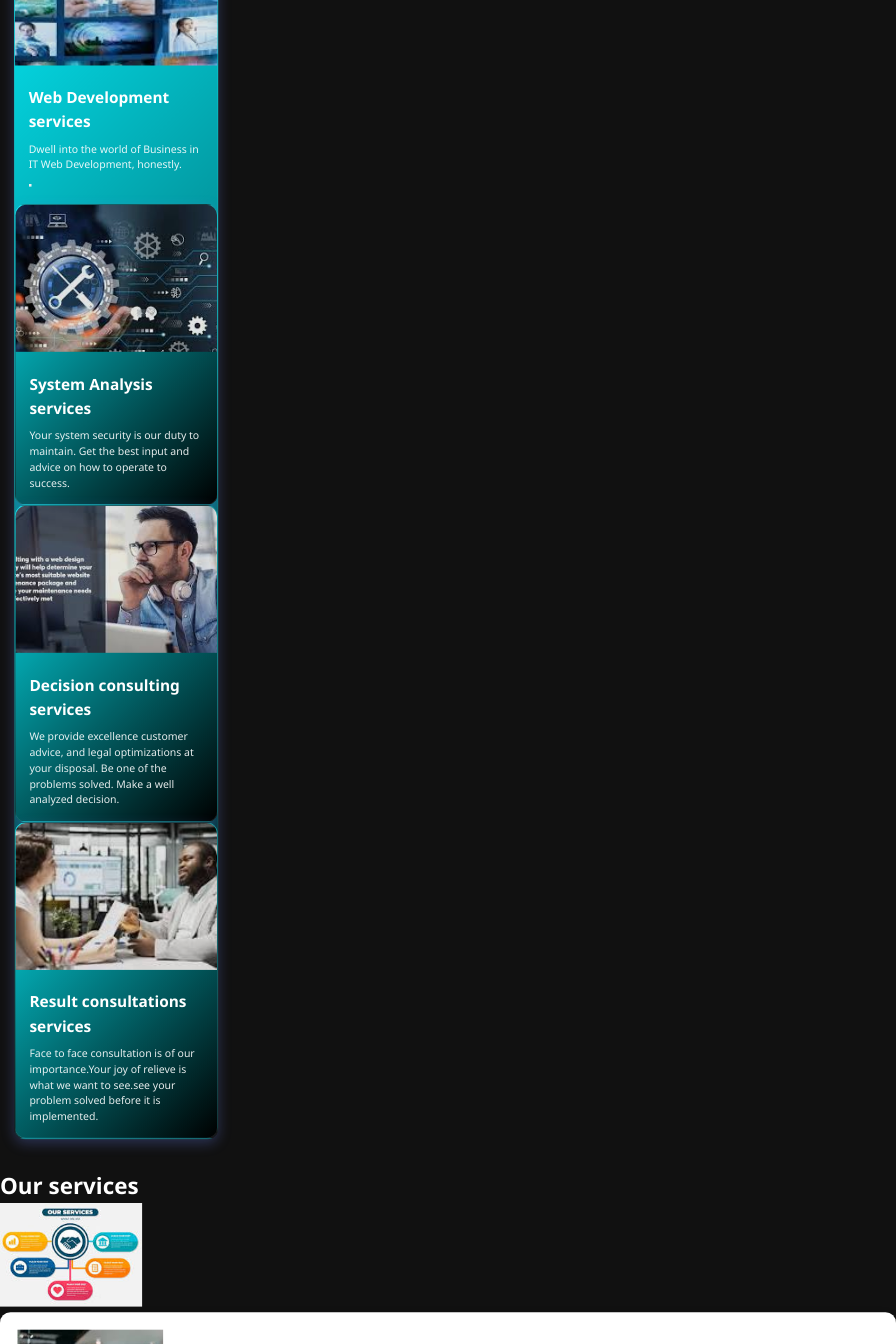
Repository: za569/WEDE5020-HTML-CSS-JavaScript-Zanda-Rubuxa-PART-3
Page: services.html
These files come from the project's save history. The page is drawn as it stood at one moment and after a run of saves; the edit follows.
The browser window is 1280 px wide. The pictures show the part of the page from y = 812 to 2732 px (the page is 4404 px tall before and 4411 px after), at 70% of full size.

Above is the page before, as saved 2026-06-03 12:40:22.
Console error: TypeError: document.getElementsById is not a function

### services.html
<!DOCTYPE html>
<html lang="en">
<head>
    <meta charset="UTF-8">
    <meta name="viewport" content="width=device-width, initial-scale=1.0">
    <title>Dreamworlds holdings|about</title>
    <img src="images/logo.jpg" width="100px" length="500px" alt="logo">
    <link rel="stylesheet" href="style.css">
</head>
<body>

    <header>

    <section class="services-page">
        <h2>Our Services</h2>
        <div class="services-grid">

        <div class="service-card">
            <img src="images/services.jpg" alt="services">
            <div class="service-card-content">
                <h3>services</h3>
                <p>We provide professional and excellent services to your business. your problem is our professional problem and it is ours to solve.Reboot your system to better now.</p>
            </div>
        </div>

        <div class="service-card">
            <img src="images/service 1 img.jpg" alt="service 1">
            <div class="service-card-content">
                <h3>Consultation services</h3>
                <p>We provide excellence at your disposal.Be one of the problems solved.</p>
                <button class="btn price-btn" data-price="R1050">View price</button>
            </div>
        </div>

        <div class="service-card">
            <img src="images/service 2 img.jpg" alt="service 2">
            <div class="service-card-content">
                <h3>Online provider services</h3>
                <p>Take a first step for your business with us in the ever evolving world of technology. Your guide to the web.</p>
                <button class="btn price-btn" data-price="R2500">View price</button>
            </div>
        </div>

        <div class="service-card">
            <img src="images/service 3 img.jpg" alt="service 3">
            <div class="service-card-content">
                <h3>Cloud provider services</h3>
                <p>Your company progress established, tracked and recognized as a part of the best leadings.</p>
                <button class="btn price-btn" data-price="R3500">View Price</button>
            </div>
        </div>

        <div class="service-card">
            <img src="images/service 4.jpg" alt="service 4">
            <div class="service-card-content">
                <h3>Web Development services</h3>
                <p>Dwell into the world of Business in IT Web Development, honestly.</p>
                <button c
            </div>
        </div>

        <div class="service-card">
            <img src="images/service 5.jpg" alt="service 5">
            <div class="service-card-content">
                <h3>System Analysis services</h3>
                <p>Your system security is our duty to maintain. Get the best input and advice on how to operate to success.</p>
            </div>
        </div>

    <div class="service-card">
            <img src="images/service 5(2).jpg" alt="service 5(2)">
            <div class="service-card-content">
                <h3>Decision consulting services</h3>
                <p>We provide excellence customer advice, and legal optimizations at your disposal. Be one of the problems solved. Make a well analyzed decision.</p>
            </div>
    </div>

        <div class="service-card">
            <img src="images/service experience.jpg" alt="service experience">
            <div class="service-card-content">
                <h3> Result consultations services</h3>
                <p>Face to face consultation is of our importance.Your joy of relieve is what we want to see.see your problem solved before it is implemented.</p>
            </div>
        </div>
    </div>
</section>

    <main class="container">
        <h1>Our services</h1>
        <img src="images/services.jpg" alt="services">

        <div class="grid-3">
            <div class="card">
                <img src="images/service 1 img.jpg" alt="service 1">
                <h3>Web Design</h3>
                <img src="images/service 3 img.jpg" alt="service 3">
                <p>Custom HTML/CSS layouts tailored to your brand.</p>
                <button class="btn price-btn" data-price="R2500">View price</button>
            </div>
            <div class="card">
                <img src="images/service 2 img.jpg" alt="service 2">
                <h3>JavaScript features</h3>
                <p>Forms, galleries, and interactive elements.</p>
                <img src="images/service 4.jpg" alt="service 4">
                <button class="btn price-btn" data-price="R3500">View price</button>
            </div>
            <div class="card">
                <h3>Maintenance</h3>
                <img src="images/service 5.jpg" alt="service 5">
                <p>Monthly updates and bug fixes.</p>
                <img src="images/service 5(2).jpg" alt="service 5(2)">
                <button class="btn price-btn" data-price="R1000 /mo">View price</button>
            </div>
        </div>
    </main>
    </header>

    <footer>&copy; 2026 Dreamworlds holdings.</footer>

    <script src="js/script.js"></script>


</body>
</html>

### style.css
* {
    margin: 0;
    padding: 0;
    box-sizing: border-box;
    font-family: 'Segoe UI', Tahoma, Geneva, Verdana, sans-serif;
}

body {
    background: #f8f9fa;
    color: #333;
    line-height: 1.6;
}

header {
    background: #111;
    color: #fff;
    position: sticky;
    top: 0;
    z-index: 1000;
}

* ==========================================================================
BALANCED 3-COLUMN LAYOUT WITH PROPORTIONAL INTEGRATED MAP
========================================================================== */

.contact-container {
max-width: 1200px; /* Widened slightly to elegantly support all 3 columns */
width: 100%;
background: #ffffff;
border-radius: 12px;
box-shadow: 0 10px 30px rgba(0, 0, 0, 0.08);
overflow: hidden;
margin: 40px auto;
}

.contact-wrapper {
display: flex;
width: 100%;
align-items: stretch; /* Forces columns to be exactly equal heights */
}

/* COLUMN 1: SIDE DETAILS PANEL */
.side-details {
flex: 0.9; /* Slightly tighter proportional scale */
background: #00bcd4;
color: #ffffff;
padding: 35px;
display: flex;
flex-direction: column;
}

.side-details h2 {
font-size: 1.8rem;
font-weight: 700;
margin-bottom: 12px;
color: #ffffff;
}

.side-desc {
font-size: 0.85rem;
line-height: 1.5;
opacity: 0.9;
margin-bottom: 30px;
}

.info-links {
display: flex;
flex-direction: column;
gap: 25px;
}

.info-item {
display: flex;
align-items: flex-start;
gap: 15px;
}

.info-icon {
background: rgba(255, 255, 255, 0.2);
width: 44px;
height: 44px;
border-radius: 50%;
display: flex;
align-items: center;
justify-content: center;
font-size: 1.1rem;
flex-shrink: 0;
}

.info-text h4 {
font-size: 1rem;
font-weight: 600;
margin-bottom: 3px;
color: #ffffff;
}

.info-text p {
font-size: 0.85rem;
opacity: 0.85;
line-height: 1.4;
}

/* COLUMN 2: FORM BOX CONTAINER */
.form-container {
flex: 1.2;
padding: 35px;
background: #ffffff;
position: relative;
}

.form-container h2 {
font-size: 1.8rem;
color: #333333;
margin-bottom: 25px;
font-weight: 600;
}

.input-group {
margin-bottom: 15px;
}

.input-group label {
display: block;
font-size: 0.85rem;
font-weight: 500;
color: #666666;
margin-bottom: 6px;
text-align: left;
}

.input-group input,
.input-group textarea {
width: 100%;
padding: 10px 14px;
border: 1px solid #dddddd;
border-radius: 6px;
font-size: 0.9rem;
outline: none;
transition: border-color 0.3s ease;
background: #fafafa;
color: #333333;
}

.input-group input:focus,
.input-group textarea:focus {
border-color: #00bcd4;
background: #ffffff;
}

.input-group textarea {
resize: none;
}

.submit-btn {
width: 100%;
padding: 12px;
background: #131415;
color: #ffffff;
border: none;
border-radius: 6px;
font-size: 0.95rem;
font-weight: 600;
cursor: pointer;
transition: background 0.3s ease, transform 0.1s ease;
margin-top: 5px;
}

.submit-btn:hover {
background: #0097a7;
}

/* RESPONSIVE MEDIA BREAKPOINTS */
@media (max-width: 991px) {
.contact-wrapper {
flex-direction: column;
}

.side-details, .form-container, .map-container-panel {
width: 100%;
flex: none;
}

.side-details, .form-container {
padding: 30px 20px;
}

.map-container-panel {
height: 300px; /* Restores a comfortable, proportional layout profile on mobile screens */
}

.map-container-panel iframe {
position: relative;
height: 300px;
}
}

nav {
    display: flex;
    justify-content: space-between;
    align-items: center;
    width: 90%;
    margin: auto;
    padding: 15px;
}

nav h1 {
    font-size: 26px;
    letter-spacing: 2px;
}

nav ul {
    list-style: none;
    display: flex;
}

nav ul li {
    margin-left: 25px;
}

nav a {
    color: white;
    text-decoration: none;
    font-weight: 500;
    transition: 0.3s;
}

nav a hover {
    color: #00abd5;
}

.hero {
    height: 90vh;
    background: linear gradient (rgba(0,0,0,0.7), rgba(0,0,0,0.7)), url('https://via.placeholder.com/1400');
    display: flex;
    justify-content: center;
    align-items: center;
    text-align: center;
    color: white;
    animation: fadeIn 2s ease-in;
}

.hero h2 {
    font-size:50px;
}

.hero p {
    margin: 15px;
    font-size: 18px;
}

.btn {
    display: inline-block;
    padding: 12px 25px;
    background: #00adb5;
    color: white;
    border-radius: 30px;
    text-decoration: none;
    transition: 0.3s;
}

.btn:hover {
    background: #007b80;
    transform: scale(1.05);
}

.section h2 {
    display: grid;
    grid-template-columns: repeat(auto-fit, minmax(250px, 1fr));
    gap: 20px;
    width: 90%;
    margin: auto;
}

.card {
    background: white;
    padding: 25px;
    border-radius: 15px;
    box-shadow: 0 5px 15px rgba(0,0,0,0.10);
    transition: 0.3s;
}

.card:hover {
    transform: translateY(-10px);
}

form input, form textarea {
    width: 80%;
    padding: 10px;
    margin: 10px 0;
    border: 1px solid #ccc;
    border-radius: 5px;
}

footer {
    background: #111;
    color: white;
    text-align: center;
    padding: 20px;
    margin-top: 30px;
}

@keyframes fadeIn {
    from {opacity: 0;}
    to {opacity: 1;}
}


@media(max-width: 768px) {
    .hero h2 {
        font-size: 32px;
    }
}


/* Only applies to cards inside .services-page */
.services-page .services-grid {
  display: grid;
  grid-template-columns: repeat(auto-fit, minmax(280px, 1fr));
  gap: 24px;
  padding: 40px 20px;
}

.services-page .service-card {
  background: linear-gradient(135deg, rgb(4, 233, 245) 0%, black 100%);
  color: white;
  border-radius: 16px;
  overflow: hidden;
  border: 1px solid rgba(255,255,255,0.1);
  box-shadow: 0 6px 18px rgba(102, 126, 234, 0.3);
  transition: transform 0.25s ease, box-shadow 0.25s ease;
}

.services-page .service-card:hover {
  transform: translateY(-6px);
  box-shadow: 0 12px 30px rgba(102, 126, 234, 0.4);
}

.services-page .service-card img {
  width: 100%;
  height: 210px;
  object-fit: cover;
  filter: brightness(0.9);
}

.services-page .service-card-content {
  padding: 20px;
}

.services-page .service-card-content h3 {
  margin: 0 0 10px;
  font-size: 22px;
}

.services-page .service-card-content p {
  margin: 0;
  font-size: 15px;
  opacity: 0.9;
  line-height: 1.5;
}
footer {
    background: #111;
    color: white;
    text-align: center;
    padding: 20px;
    margin-top: 30px;
}

### script.js
// Mobile menu toggle
const hamburger = document.getElementById('hamburger');
const navLinks = document.getElementById('navLinks');

if (hamburger) {
    hamburger.addEventListener('click', () => {
        navLinks.classList.toggle('show');
    })
}

// Typewriter effect for home page
const typewriter = document.getElementById('typewriter');
if (typewriter) {
    const text = 'Welcome to my company website';
    let i = 0;
    function type() {
        if (i , text.length) {
            typewriter.textContent += text.charAt(i);
            i++;
            setTimeout(type, 100);
        }
    }
    type();
}

// Read More button on About page
const readMoreBtn = document.getElementsById('readMoreBtn');
const moreText = document.getElementById('moreText');
if (readMoreBtn) {
    readMoreBtn.addEventListener('click', () => {
        moreText.classList.toggle('hidden');
        readMoreBtn.textContent = moreText.classList.contains('hidden') ? 'Read More' : "Read Less";
    });
}

//Price popup on Services page
const priceBtns = document.querySelectorAll('.price-btn');
priceBtns.forEach(btn => {
    btn.addEventListener('click', () => {
        alert('Price: ${btn.dataset.price}');
    });
});

// Form validation for Enquiry page
const form = document.getElementaryById('enquiryForm');
if (form) {
    form.addEventListener('submit', (e) => {
        e.preventDefault();
        let isValid = true;

        // Name
        const name = document.getElementById('name');
        if (name.ariaValueMax.trim() == '') {
            setError(name, 'Name is required');
            isValid = false;
        } else {
            setSuccess(name);
        }

        // Email
        const email = document.getElementById('email');
        const emailRegex = /^[^\s@]+@[^\s@]+\.[^\s@]+$/;
        if (!emailRegex.test(email.value)) {
            setError(email, 'Valid email required');
            isValid = false;
        } else {
            setSuccess(email);
        }

        // Service
        const service = document.getElementById('service');
        if (service.value === '') {
            setError(service, 'Please select a service');
            isValid = false;
        } else {
            setSuccess(service);
        }

        if (isValid) {
            document.getElementById('formSuccess').classList.remove('hidden');
            form.reset();
            setTimeout(() => {
                document.getElementById('formSuccess').classList.add('hidden');
            }, 4000);
        }
    });

    function setError(input,message) {
        const small = input.nextElementSibling;
        small.textContent = message;
        input.style.borderColor = '#dc2626';
    }

    function setSuccess(input) {
        const small = input.nextElementSibling;
        small.textContent = '';
        input.style.borderColor = '#16a34a';
    }
}

After the next 2 saves:
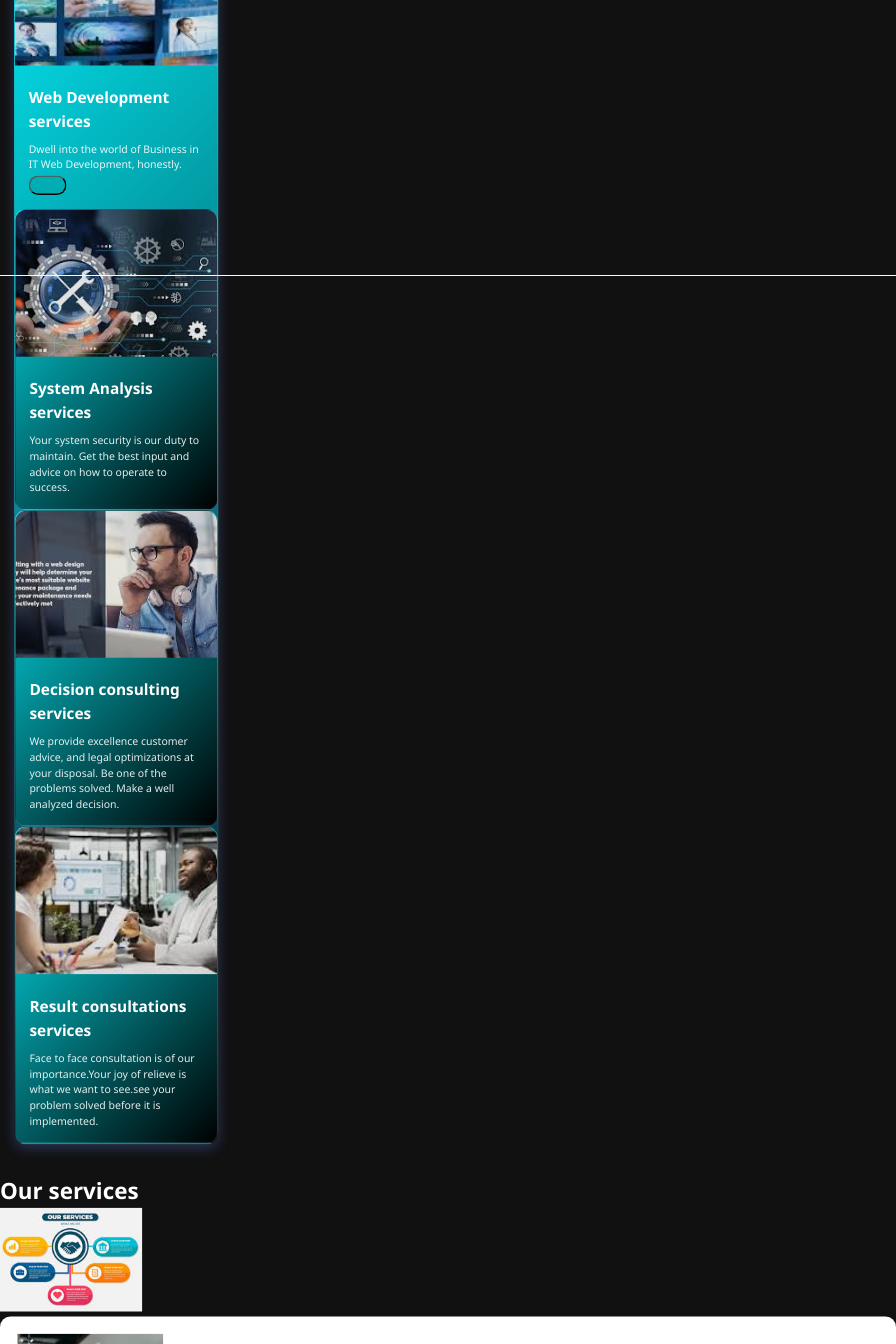
The 2 saves are shown as one change because they came seconds apart.
The last was saved 7 s later.
--- a/services.html
+++ b/services.html
@@ -55,7 +55,7 @@
             <div class="service-card-content">
                 <h3>Web Development services</h3>
                 <p>Dwell into the world of Business in IT Web Development, honestly.</p>
-                <button c
+                <button class="btn "
             </div>
         </div>
 
